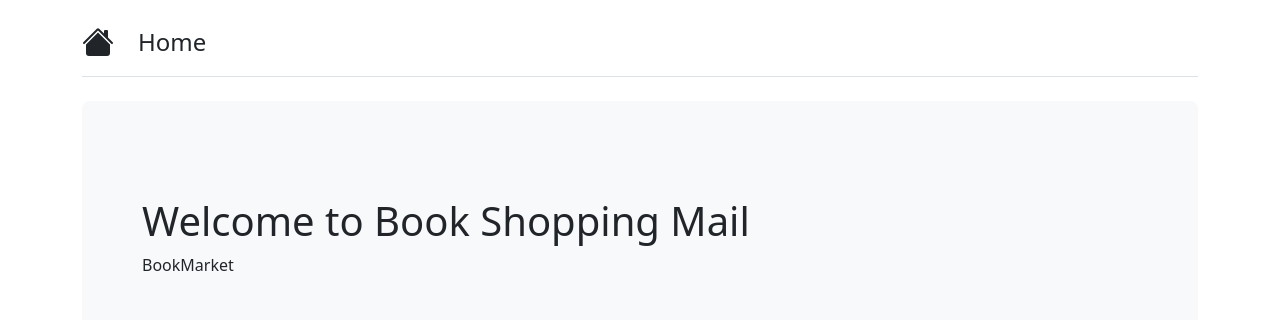
Repository: yeom724/JSP_test
Page: http://localhost/bookmarket/welcome.jsp
An editor plug-in stored every save of this project. The page is shown before and after the next save, followed by the edit.
The browser window is 1280 px wide. The pictures show the whole page.
The page is served by Tomcat 10.

Above is the page before, as saved 2024-10-08 02:31:53.

After the next save:
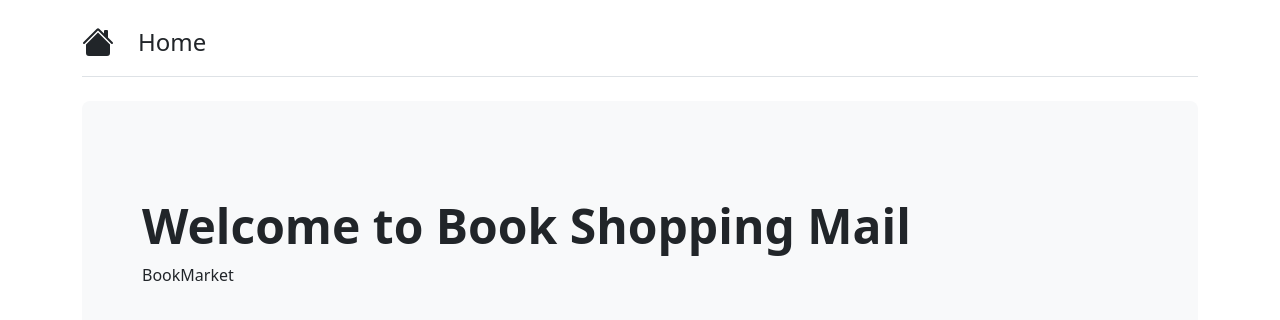
Saved 18 s later.
--- a/bookmarket/src/main/webapp/welcome.jsp
+++ b/bookmarket/src/main/webapp/welcome.jsp
@@ -28,7 +28,7 @@
 
 		<div class = "p-5 mb-4 bg-body-tertiary rounded-3">
 			<div class = "container-fluid py-5">
-				<h1><%= greeting %></h1>
+				<h1 class = "display-5 fw-bold"><%= greeting %></h1>
 				<p>BookMarket</p>
 			</div>
 		</div>
